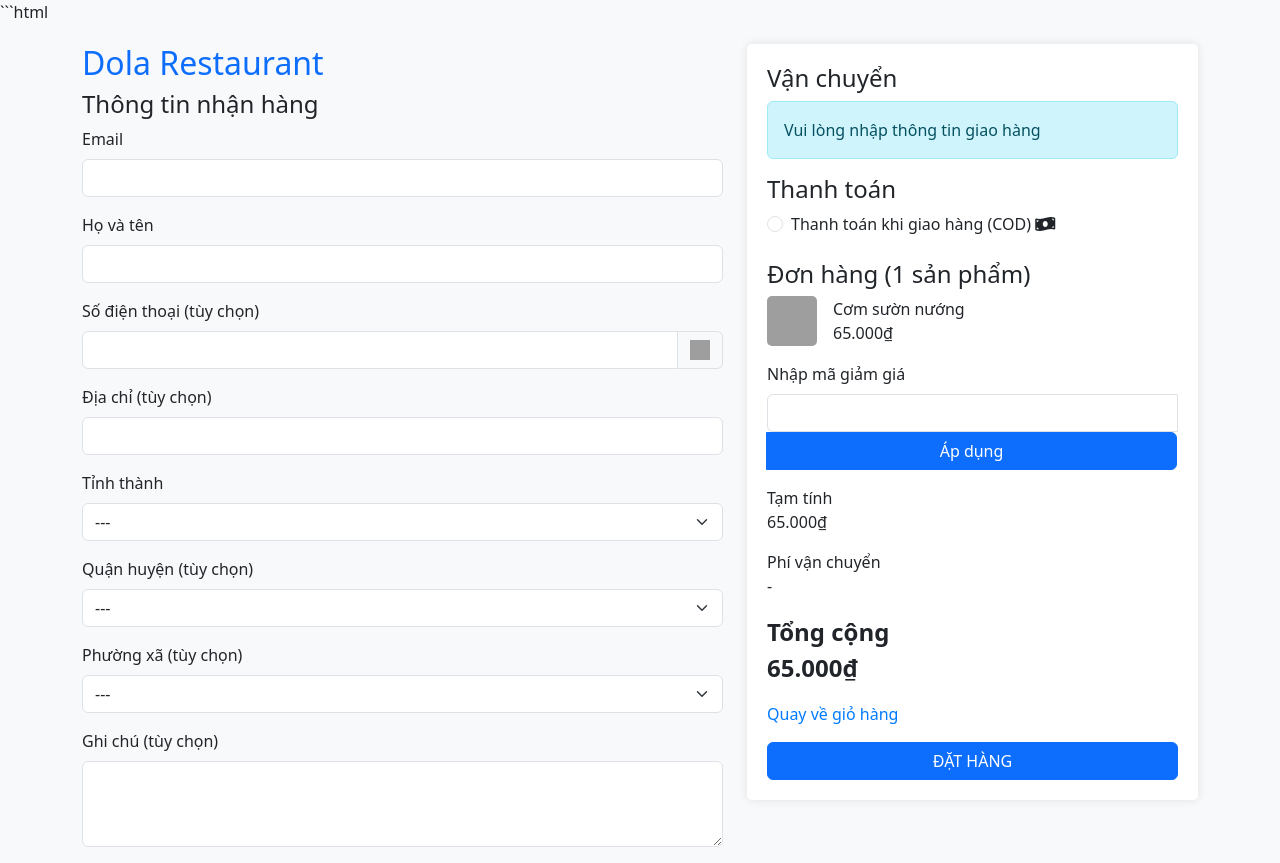
Repository: HoangKhangKhuPho4/Project_Web
Page: payment.html
These files come from the project's save history. The page is drawn as it stood at one moment and after the next save; the edit follows.
The browser window is 1280 px wide. The pictures show the whole page.
Pictures or frames that could not be fetched are drawn as grey boxes.

Above is the page before, as saved 2025-01-03 10:13:03.

After the next save:
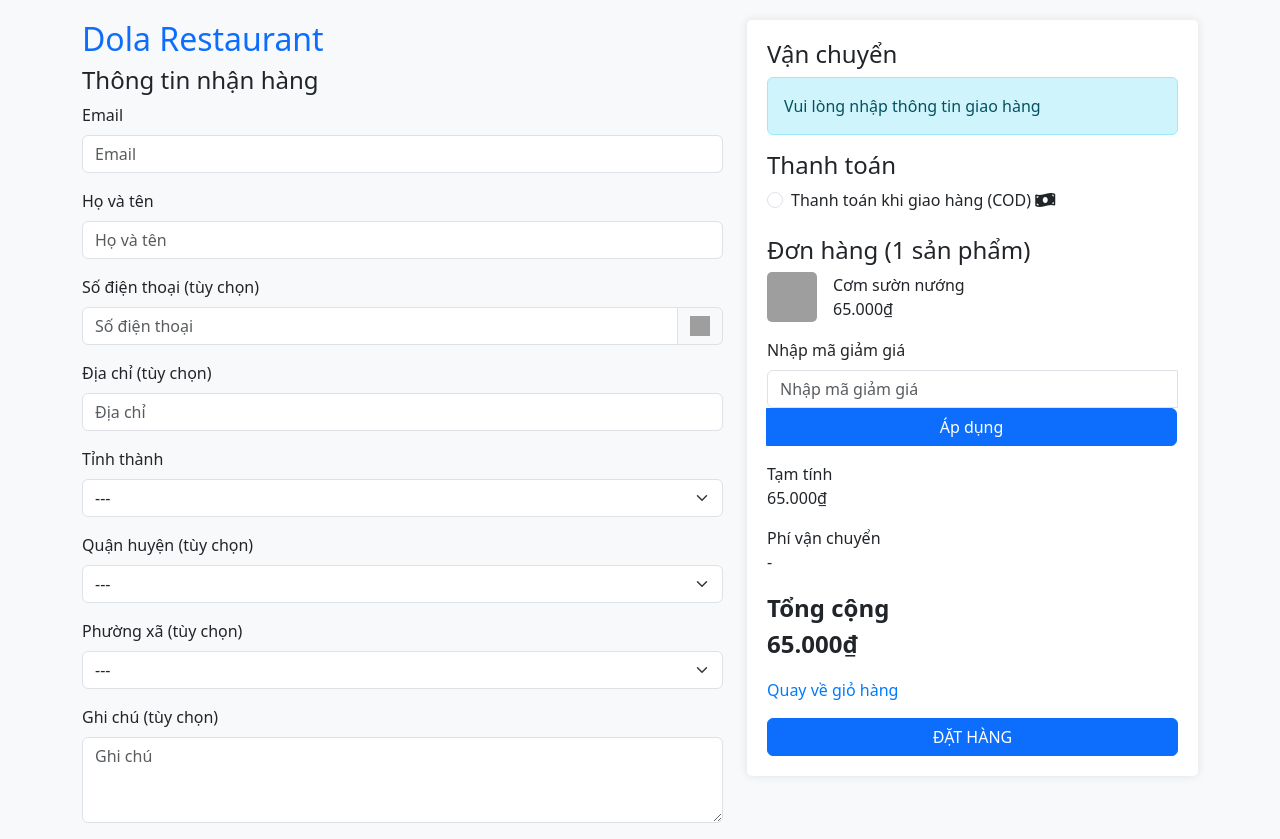
Saved 2 min 17 s later.
--- a/payment.html
+++ b/payment.html
@@ -1,4 +1,3 @@
-```html
 <!DOCTYPE html>
 <html lang="en">
  <head>
@@ -58,20 +57,20 @@
        <label class="form-label" for="email">
         Email
        </label>
-       <input class="form-control" id="email" type="email"/>
+       <input class="form-control" id="email" type="email" placeholder="Email"/>
       </div>
       <div class="mb-3">
        <label class="form-label" for="name">
         Họ và tên
        </label>
-       <input class="form-control" id="name" type="text"/>
+       <input class="form-control" id="name" type="text" placeholder="Họ và tên"/>
       </div>
       <div class="mb-3">
        <label class="form-label" for="phone">
         Số điện thoại (tùy chọn)
        </label>
        <div class="input-group">
-        <input class="form-control" id="phone" type="text"/>
+        <input class="form-control" id="phone" type="text" placeholder="Số điện thoại"/>
         <span class="input-group-text">
          <img alt="Vietnam flag" height="20" src="https://storage.googleapis.com/a1aa/image/pt8JwVKBfk1kbyOn0DeegafSjqhMYJJXUbzIEexaGx3lECKgC.jpg" width="20"/>
         </span>
@@ -81,16 +80,14 @@
        <label class="form-label" for="address">
         Địa chỉ (tùy chọn)
        </label>
-       <input class="form-control" id="address" type="text"/>
+       <input class="form-control" id="address" type="text" placeholder="Địa chỉ"/>
       </div>
       <div class="mb-3">
        <label class="form-label" for="city">
         Tỉnh thành
        </label>
        <select class="form-select" id="city">
-        <option>
-         ---
-        </option>
+        <option>---</option>
        </select>
       </div>
       <div class="mb-3">
@@ -98,9 +95,7 @@
         Quận huyện (tùy chọn)
        </label>
        <select class="form-select" id="district">
-        <option>
-         ---
-        </option>
+        <option>---</option>
        </select>
       </div>
       <div class="mb-3">
@@ -108,16 +103,14 @@
         Phường xã (tùy chọn)
        </label>
        <select class="form-select" id="ward">
-        <option>
-         ---
-        </option>
+        <option>---</option>
        </select>
       </div>
       <div class="mb-3">
        <label class="form-label" for="note">
         Ghi chú (tùy chọn)
        </label>
-       <textarea class="form-control" id="note" rows="3"></textarea>
+       <textarea class="form-control" id="note" rows="3" placeholder="Ghi chú"></textarea>
       </div>
      </form>
     </div>
@@ -158,7 +151,7 @@
         Nhập mã giảm giá
        </label>
        <div class="input-group">
-        <input class="form-control" id="discount-code" type="text"/>
+        <input class="form-control" id="discount-code" type="text" placeholder="Nhập mã giảm giá"/>
         <button class="btn btn-primary">
          Áp dụng
         </button>
@@ -198,4 +191,6 @@
     </div>
    </div>
   </div>
-    <script src="https://cdn.jsdelivr.net/npm/bootstrap@5.3.2/dist/js/bootstrap.bundle.min.js">
+  <script src="https://cdn.jsdelivr.net/npm/bootstrap@5.3.2/dist/js/bootstrap.bundle.min.js"></script>
+ </body>
+</html>
